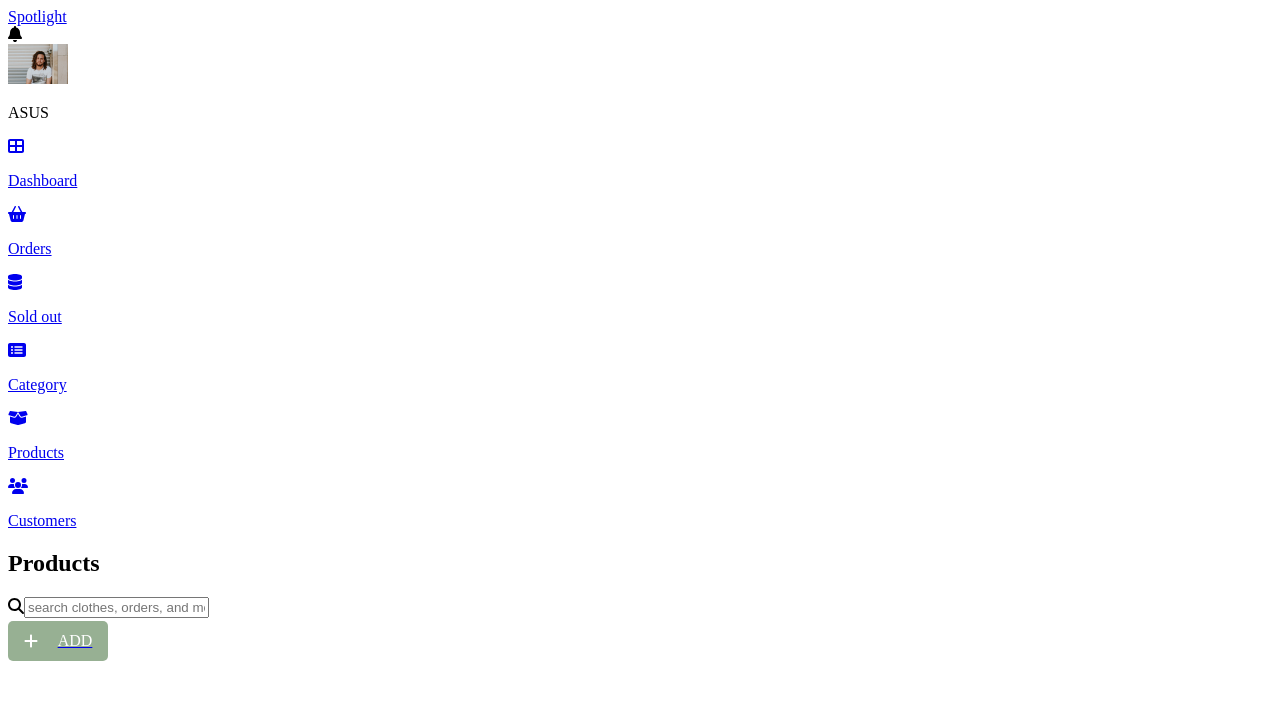
Repository: pin-seavmuy/Spotlight-POS
Page: /category
The author's editor kept a copy of each file at every save. The page is drawn from the files as they stood at one save, then again after the next save.
The browser window is 1280 px wide. The pictures show the whole page.
Some web fonts or font styles are not loaded; a fallback is used. The project was rebuilt for these pictures with package versions that can differ from the ones it lists, and the page was loaded fresh each time. Also part of the build but not shown: vue.config.js, src/components/Orders.vue, src/components/Products.vue, src/components/Customers.vue, src/components/AddCategory.vue.

Above is the page before, as saved 2024-06-26 17:47:40.

After the next save:
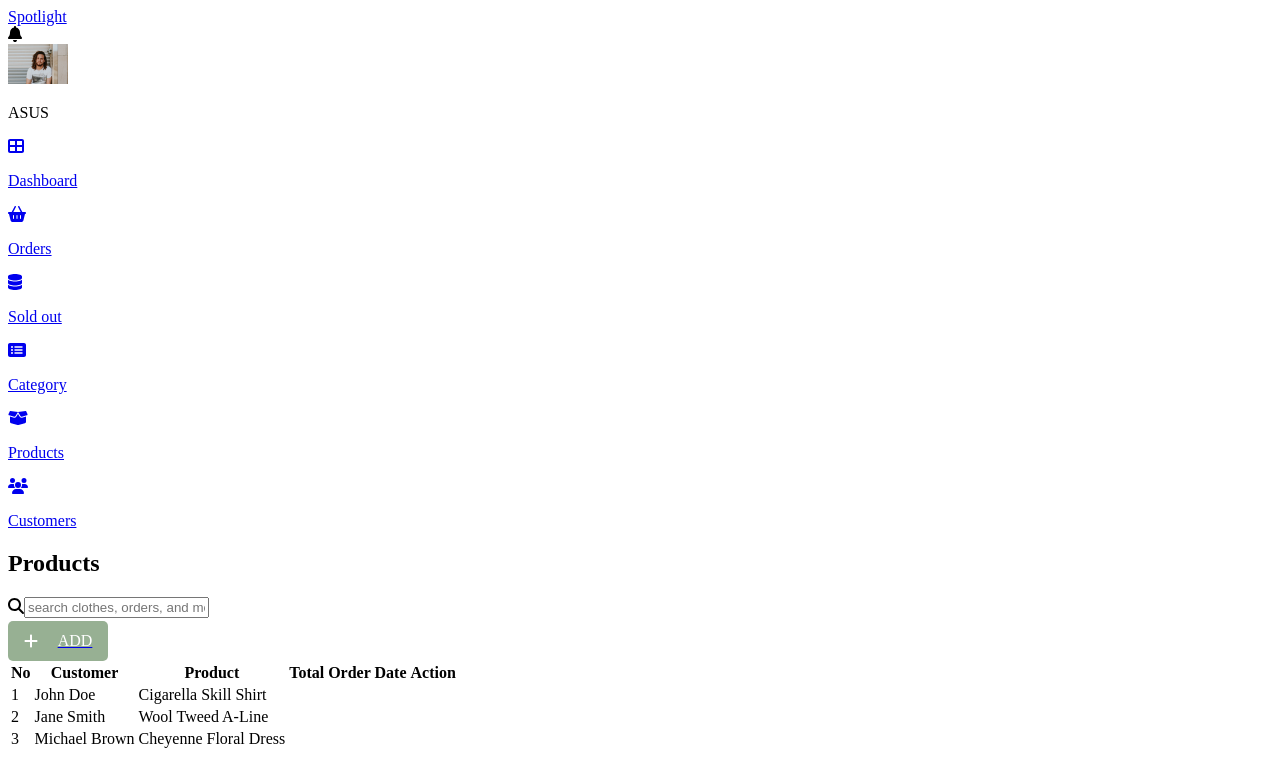
Saved 16 s later.
--- a/src/components/Category.vue
+++ b/src/components/Category.vue
@@ -60,7 +60,33 @@
             </div>
           </router-link>
         </div>
-
+        <div class="table">
+          <table>
+            <thead>
+              <tr>
+                <th>No</th>
+                <th>Customer</th>
+                <th>Product</th>
+                <th>Total</th>
+                <th>Order Date</th>
+                <th>Action</th>
+              </tr>
+            </thead>
+            <tbody>
+              <tr v-for="(order, index) in orders" :key="order.id">
+                <td>{{ index + 1 }}</td>
+                <td>{{ order.customer }}</td>
+                <td>{{ order.product }}</td>
+                <td>{{ order.total }}</td>
+                <td>{{ order.orderDate }}</td>
+                <td class="action">
+                  <font-awesome-icon :icon="icons.edit" class="icon action-icon" @click="editOrder(order.id)" />
+                  <font-awesome-icon :icon="icons.trash" class="icon action-icon" @click="deleteOrder(order.id)" />
+                </td>
+              </tr>
+            </tbody>
+          </table>
+        </div>
       </div>
 
       </div>
